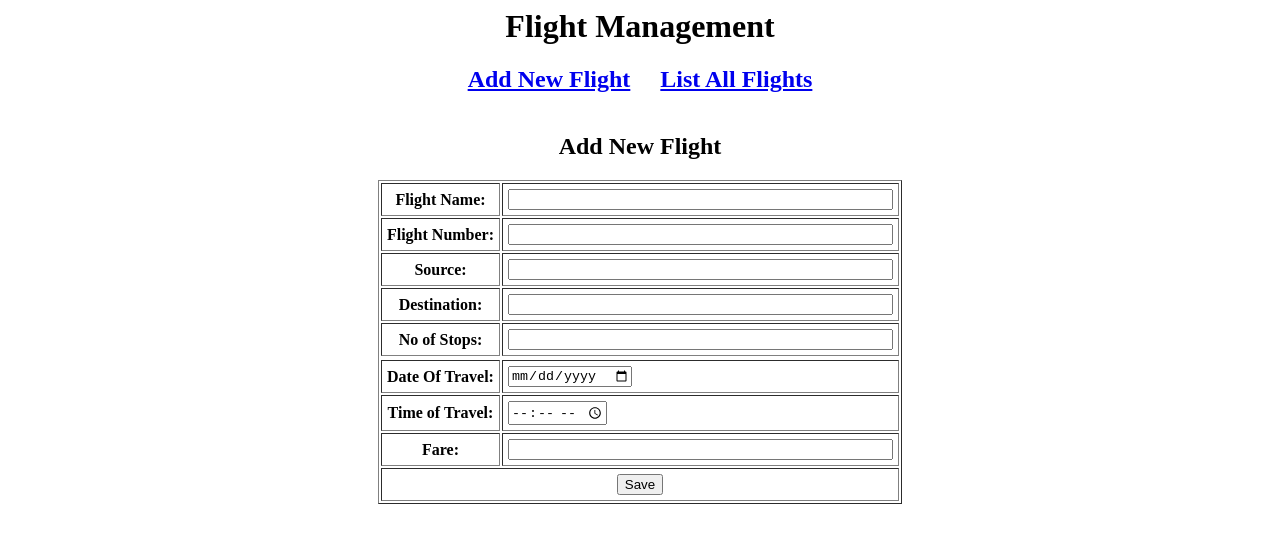
Repository: pawankas/Java_Mini_Project
Page: http://localhost/AirReservation/new
The author's editor kept a copy of each file at every save. The page is drawn from the files as they stood at one save, then again after the next save.
The browser window is 1280 px wide. The pictures show the whole page.
The page is served by Tomcat 9.

Above is the page before, as saved 2022-03-15 07:53:23.

After the next save:
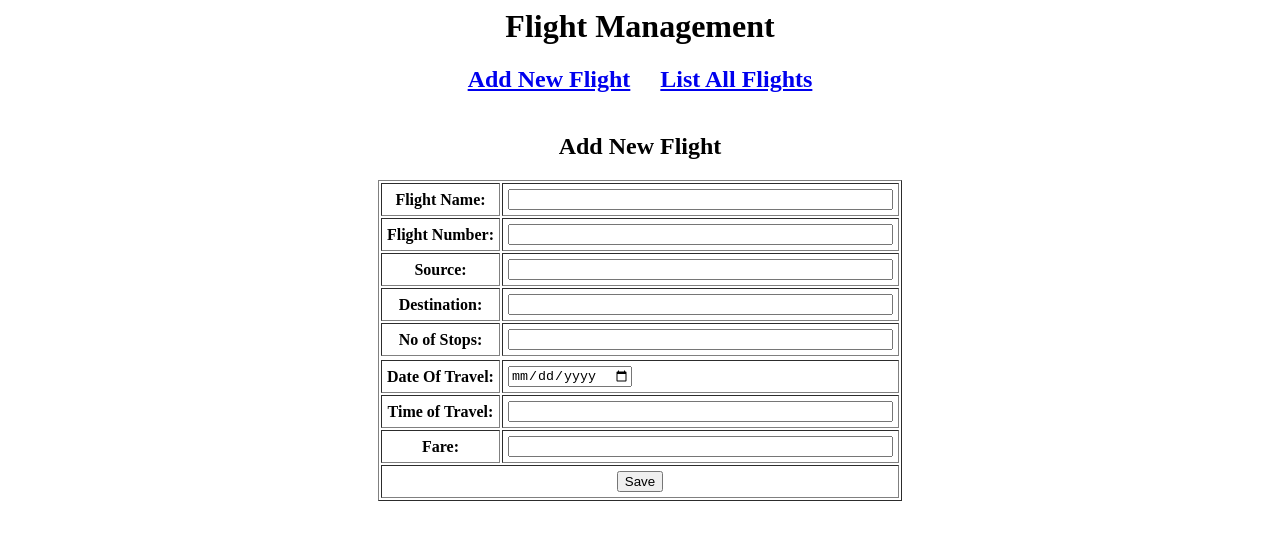
Saved 52 s later.
--- a/Mini_Project_Java/AirReservation/WebContent/FlightForm.jsp
+++ b/Mini_Project_Java/AirReservation/WebContent/FlightForm.jsp
@@ -88,7 +88,7 @@
              <tr>
                 <th>Time of Travel: </th>
                 <td>
-                    <input type="time" name="time" size="45"
+                    <input type="text" name="time" size="45"
                             value="<c:out value='${flight.time}' />"
                     />
                 </td>
